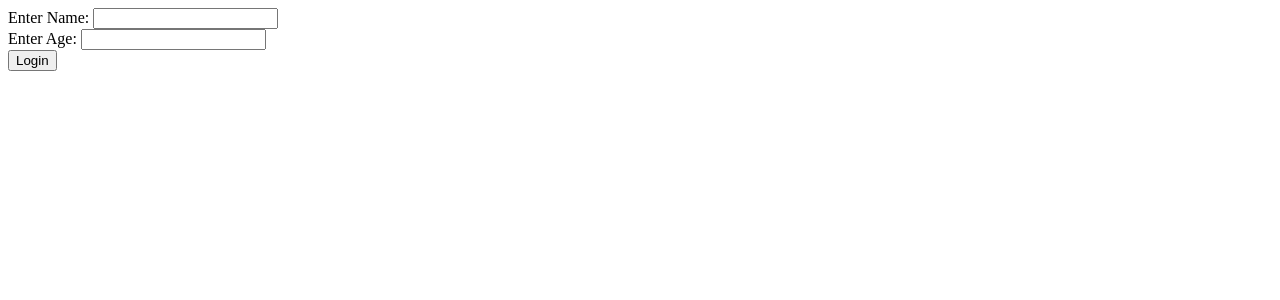
Repository: RevatureSteve/Java
Page: http://localhost/JSTLExample/Login.jsp
The author's editor kept a copy of each file at every save. The page is drawn from the files as they stood at one save, then again after the next save.
The browser window is 1280 px wide. The pictures show the whole page.
The page is served by Tomcat 9.

Above is the page before, as saved 2016-08-31 20:37:20.

After the next save:
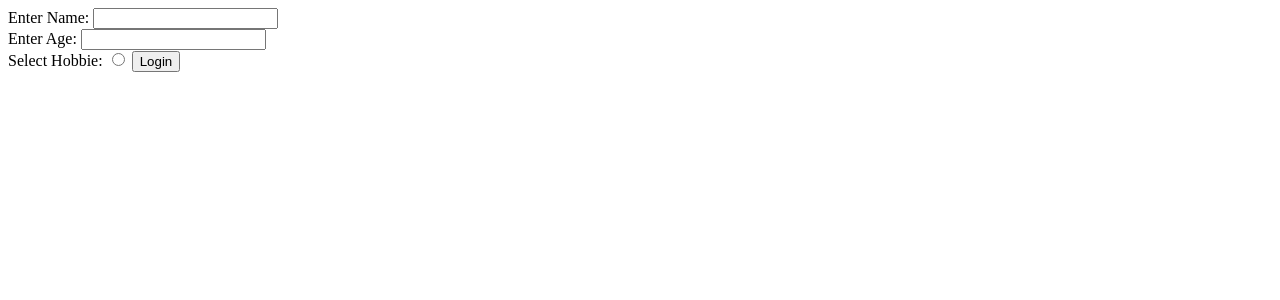
Saved 62 s later.
--- a/Week_3_JSPs_and_Servlet/JSTLExample/WebContent/Login.jsp
+++ b/Week_3_JSPs_and_Servlet/JSTLExample/WebContent/Login.jsp
@@ -13,6 +13,7 @@
 	<br />
 	Enter Age: <input type="number" name="age" />
 	<br />
+	Select Hobbie: <input type="radio" name="hobby" />
 	<input type="submit" value="Login">
 </form>
 </body>
